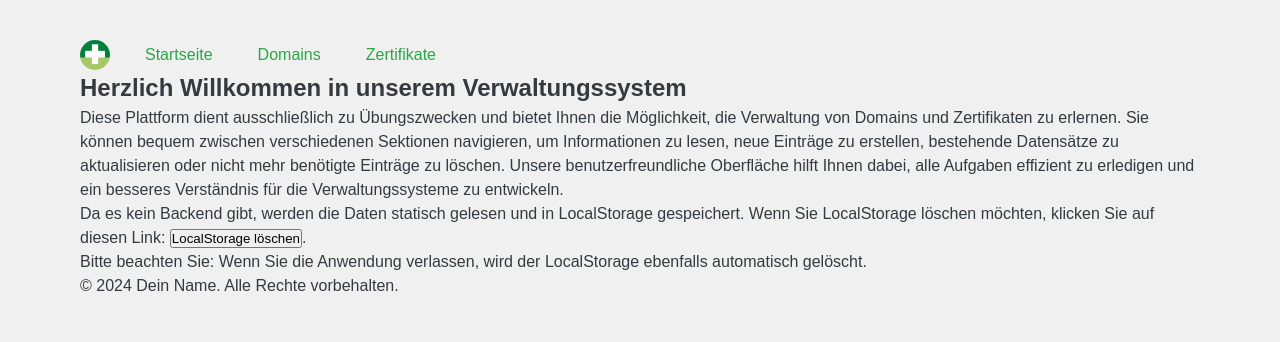
Repository: bajricadmir/verwaltungssystem-vanilla-html-css
Page: index.html
An editor plug-in stored every save of this project. The page is shown before and after the next save, followed by the edit.
The browser window is 1280 px wide. The pictures show the whole page.

Above is the page before, as saved 2024-10-14 11:09:14.

### index.html
<!DOCTYPE html>
<html lang="en">
  <head>
    <meta charset="UTF-8" />
    <meta name="viewport" content="width=device-width, initial-scale=1.0" />
    <link
      rel="shortcut icon"
      href="./assets/images/favicon.ico"
      type="image/x-icon"
    />
    <link rel="stylesheet" href="style.css" />
    <title>Verwaltungssystem</title>
  </head>
  <body>
    <header class="header">
      <nav class="navigation">
        <img src="./assets/images/favicon.ico" alt="Logo" class="logo" />

        <ul class="nav-list">
          <li class="nav-item">
            <a class="nav-link" href="#home">Startseite</a>
          </li>
          <li class="nav-item">
            <a class="nav-link" href="#about">Domains</a>
          </li>
          <li class="nav-item">
            <a class="nav-link" href="#contact">Zertifikate</a>
          </li>
        </ul>
      </nav>
    </header>

    <main class="main-content">
      <section>
        <h1 class="alert-heading">
          Herzlich Willkommen in unserem Verwaltungssystem
        </h1>
        <p>
          Diese Plattform dient ausschließlich zu Übungszwecken und bietet Ihnen
          die Möglichkeit, die Verwaltung von Domains und Zertifikaten zu
          erlernen. Sie können bequem zwischen verschiedenen Sektionen
          navigieren, um Informationen zu lesen, neue Einträge zu erstellen,
          bestehende Datensätze zu aktualisieren oder nicht mehr benötigte
          Einträge zu löschen. Unsere benutzerfreundliche Oberfläche hilft Ihnen
          dabei, alle Aufgaben effizient zu erledigen und ein besseres
          Verständnis für die Verwaltungssysteme zu entwickeln.
        </p>
      </section>
      <section>
        <p>
          Da es kein Backend gibt, werden die Daten statisch gelesen und in
          LocalStorage gespeichert. Wenn Sie LocalStorage löschen möchten,
          klicken Sie auf diesen Link:
          <button type="button" class="btn">LocalStorage löschen</button>.<br />
          Bitte beachten Sie: Wenn Sie die Anwendung verlassen, wird der
          LocalStorage ebenfalls automatisch gelöscht.
        </p>
      </section>
    </main>

    <footer>
      <p>&copy; 2024 Dein Name. Alle Rechte vorbehalten.</p>
    </footer>
  </body>
</html>

### style.css
:root {
  --primary-color: #007bff;
  --secondary-color: #6c757d;
  --success-color: #28a745;
  --success-color-hover: #218838;
  --danger-color: #dc3545;
  --warning-color: #ffc107;
  --info-color: #17a2b8;
  --light-color: #f8f9fa;
  --dark-color: #343a40;

  --font-size-base: 16px;
  --font-family-base: "Arial", sans-serif;
  --background-color: #f0f0f0;
}

* {
  margin: 0;
  padding: 0;
  box-sizing: border-box;
}

html,
body {
  height: 100%;
  font-family: var(--font-family-base);
  line-height: 1.5;
}

body {
  padding: 40px 80px;
  background-color: var(--background-color);
  color: var(--dark-color);
}

ul {
  list-style: none;
}

a {
  text-decoration: none;
  color: inherit;
}

button {
  cursor: pointer;
}

table {
  border-collapse: collapse;
  width: 100%;
}

.navigation {
  display: flex;
  align-items: center;
}

.logo {
  width: 30px;
  height: 30px;
  border-radius: 50%;
  margin-right: 20px;
}

.nav-list {
  display: flex;
  align-items: center;
}

.nav-item {
  margin-right: 15px;
}

.nav-item:last-child {
  margin-right: 0;
}

.nav-item a {
  color: var(--success-color);
  transition: color 0.3s ease;
  padding: 10px 15px;
  border-radius: 5px;
}

.nav-item a:hover {
  color: var(--success-color-hover);
  background-color: rgba(40, 167, 69, 0.1);
}

After the next save:
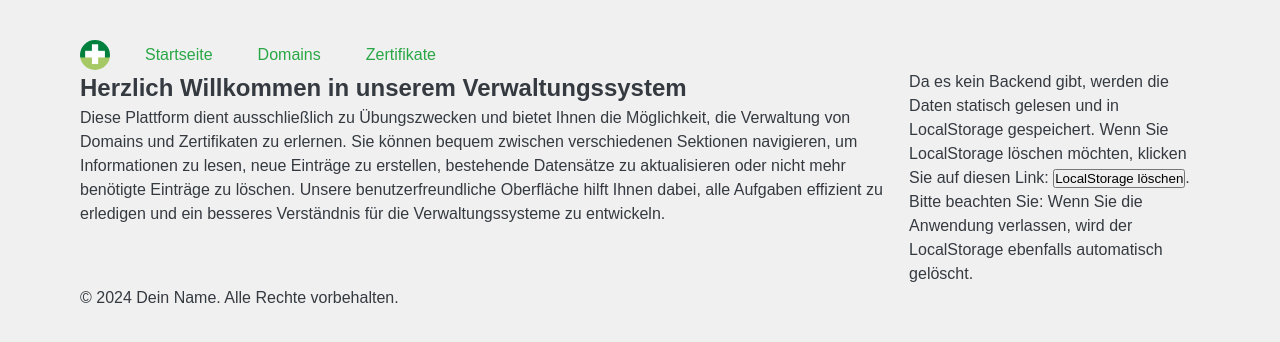
Saved 10 s later.
--- a/style.css
+++ b/style.css
@@ -87,3 +87,7 @@ table {
   color: var(--success-color-hover);
   background-color: rgba(40, 167, 69, 0.1);
 }
+
+.main-content {
+  display: flex;
+}

After the 2 saves that followed:
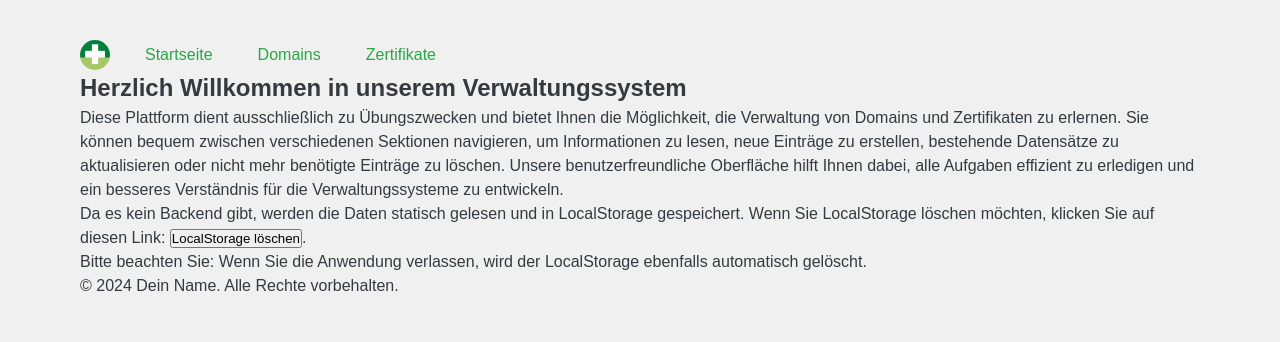
The 2 saves are shown as one change because 1 left the picture as it was.
The last was saved 14 s later.
--- a/style.css
+++ b/style.css
@@ -90,4 +90,6 @@ table {
 
 .main-content {
   display: flex;
+  flex-direction: column;
+  justify-content: center;
 }
